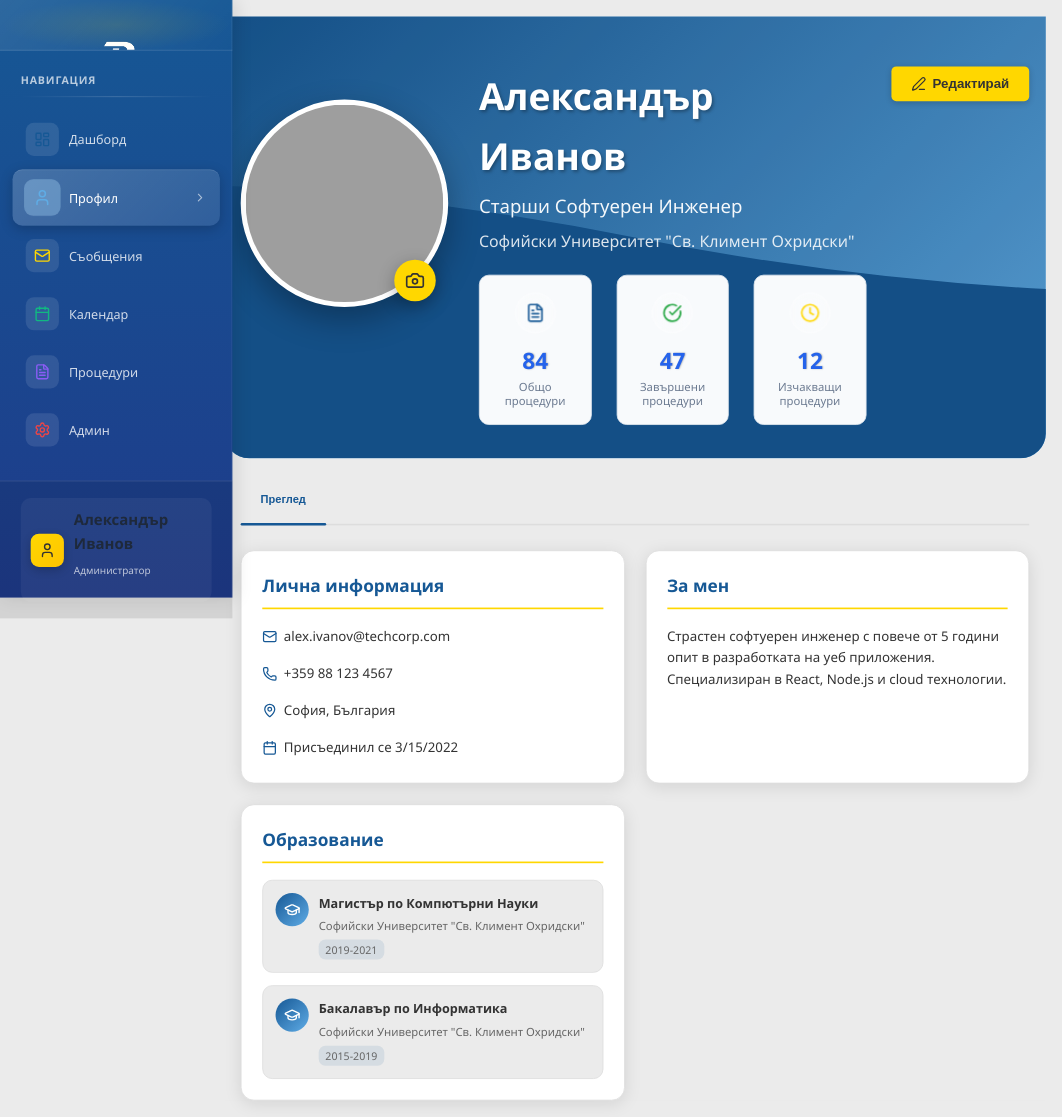
Repository: BorisSavianov/doxa-frontend
Page: /profile
An editor plug-in stored every save of this project. The page is shown before and after the next save, followed by the edit.
The browser window is 1280 px wide. The pictures show the whole page, at 83% of full size.
Pictures or frames that could not be fetched are drawn as grey boxes. The project was rebuilt for these pictures with package versions that can differ from the ones it lists, and the page was loaded fresh each time. Also part of the build but not shown: vite.config.js, src/components/Layout/Header.jsx, src/pages/Dashboard.jsx, src/pages/Inbox.css, src/pages/Inbox.jsx, src/pages/Calendar.css, src/pages/Calendar.jsx, src/pages/Admin.jsx and 2 more.

Above is the page before, as saved 2025-10-24 15:01:22.

After the next save:
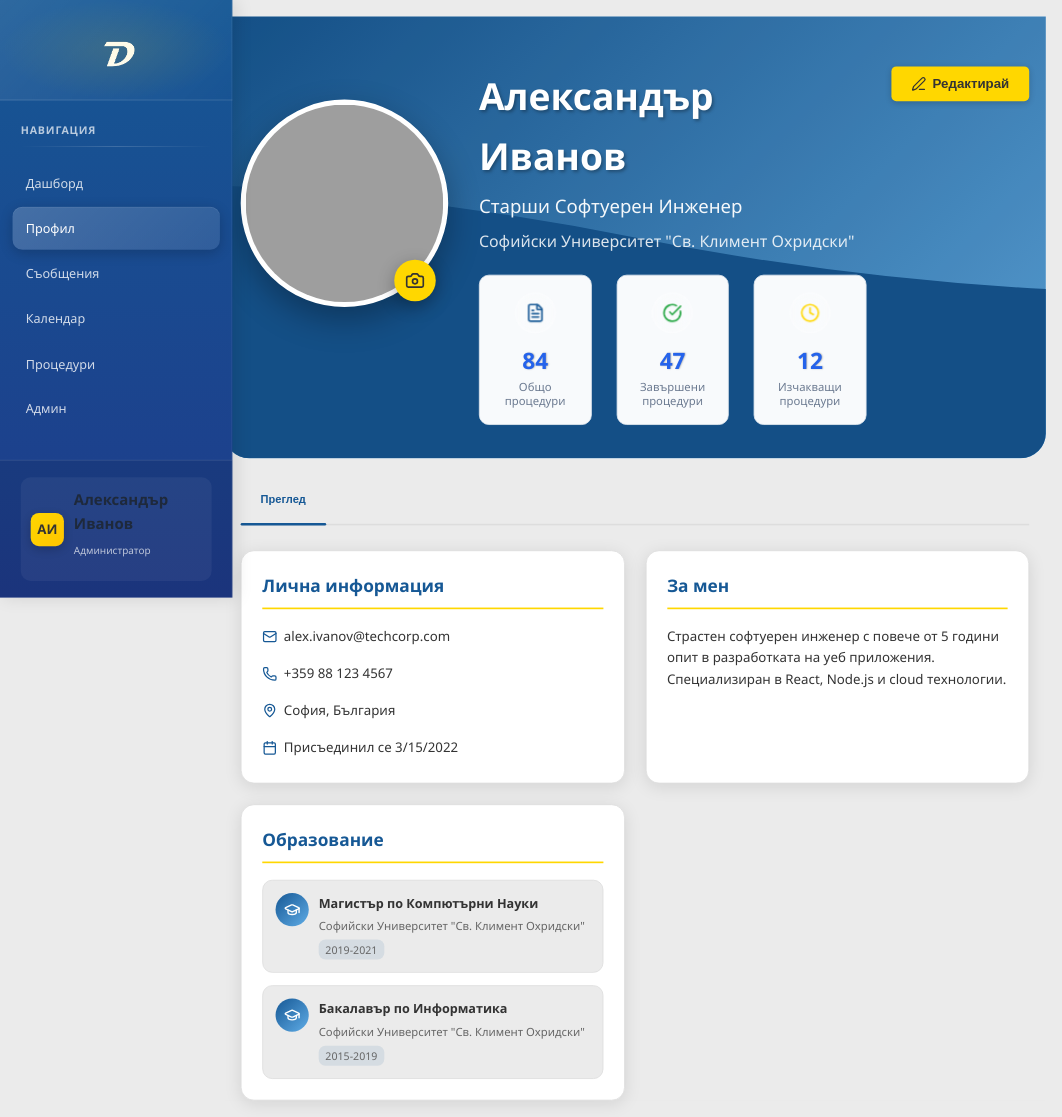
Saved 3 min 31 s later.
--- a/src/components/Layout/Sidebar.jsx
+++ b/src/components/Layout/Sidebar.jsx
@@ -1,57 +1,17 @@
 import React from 'react'
 import { NavLink } from 'react-router-dom'
 import { useLanguage } from '../../contexts/LanguageContext'
-import {
-  LayoutDashboard,
-  User,
-  Mail,
-  Calendar,
-  Settings,
-  FileText,
-  ChevronRight,
-  Sparkles
-} from 'lucide-react'
 
 const Sidebar = () => {
   const { t } = useLanguage()
 
   const menuItems = [
-    {
-      path: '/dashboard',
-      label: t('Дашборд', 'Dashboard'),
-      icon: LayoutDashboard,
-      color: '#165895'
-    },
-    {
-      path: '/profile',
-      label: t('Профил', 'Profile'),
-      icon: User,
-      color: '#5FACE6'
-    },
-    {
-      path: '/inbox',
-      label: t('Съобщения', 'Inbox'),
-      icon: Mail,
-      color: '#FFD700'
-    },
-    {
-      path: '/calendar',
-      label: t('Календар', 'Calendar'),
-      icon: Calendar,
-      color: '#10b981'
-    },
-    {
-      path: '/procedures',
-      label: t('Процедури', 'Procedures'),
-      icon: FileText,
-      color: '#8b5cf6'
-    },
-    {
-      path: '/admin',
-      label: t('Админ', 'Admin'),
-      icon: Settings,
-      color: '#ef4444'
-    }
+    { path: '/dashboard', label: t('Дашборд', 'Dashboard') },
+    { path: '/profile', label: t('Профил', 'Profile') },
+    { path: '/inbox', label: t('Съобщения', 'Inbox') },
+    { path: '/calendar', label: t('Календар', 'Calendar') },
+    { path: '/procedures', label: t('Процедури', 'Procedures') },
+    { path: '/admin', label: t('Админ', 'Admin') }
   ]
 
   return (
@@ -65,11 +25,11 @@ const Sidebar = () => {
             className="logo"
             onError={(e) => {
               e.target.style.display = 'none'
-              e.target.nextSibling.style.display = 'flex'
+              e.target.nextSibling.style.display = 'block'
             }}
           />
           <div className="logo-fallback">
-            <Sparkles size={32} color="#FFD700" />
+            <div className="logo-text">ACADEMIX</div>
           </div>
         </div>
         <div className="header-glow"></div>
@@ -78,7 +38,7 @@ const Sidebar = () => {
       {/* Navigation Menu */}
       <nav className="sidebar-nav">
         <div className="nav-header">
-          <div className="nav-title">Навигация</div>
+          <div className="nav-title">НАВИГАЦИЯ</div>
           <div className="nav-divider"></div>
         </div>
 
@@ -91,23 +51,8 @@ const Sidebar = () => {
                   `nav-link ${isActive ? 'active' : ''}`
                 }
               >
-                <div className="nav-icon-wrapper">
-                  <item.icon
-                    size={20}
-                    className="nav-icon"
-                    style={{ color: item.color }}
-                  />
-                  <div
-                    className="nav-glow"
-                    style={{ backgroundColor: item.color }}
-                  ></div>
-                </div>
                 <span className="nav-label">{item.label}</span>
-                <ChevronRight size={16} className="nav-chevron" />
-                <div
-                  className="nav-active-indicator"
-                  style={{ backgroundColor: item.color }}
-                ></div>
+                <div className="nav-active-indicator"></div>
               </NavLink>
             </li>
           ))}
@@ -118,7 +63,7 @@ const Sidebar = () => {
       <div className="sidebar-footer">
         <div className="user-profile">
           <div className="user-avatar">
-            <User size={20} />
+            <div className="avatar-initials">АИ</div>
           </div>
           <div className="user-info">
             <div className="user-name">Александър Иванов</div>
